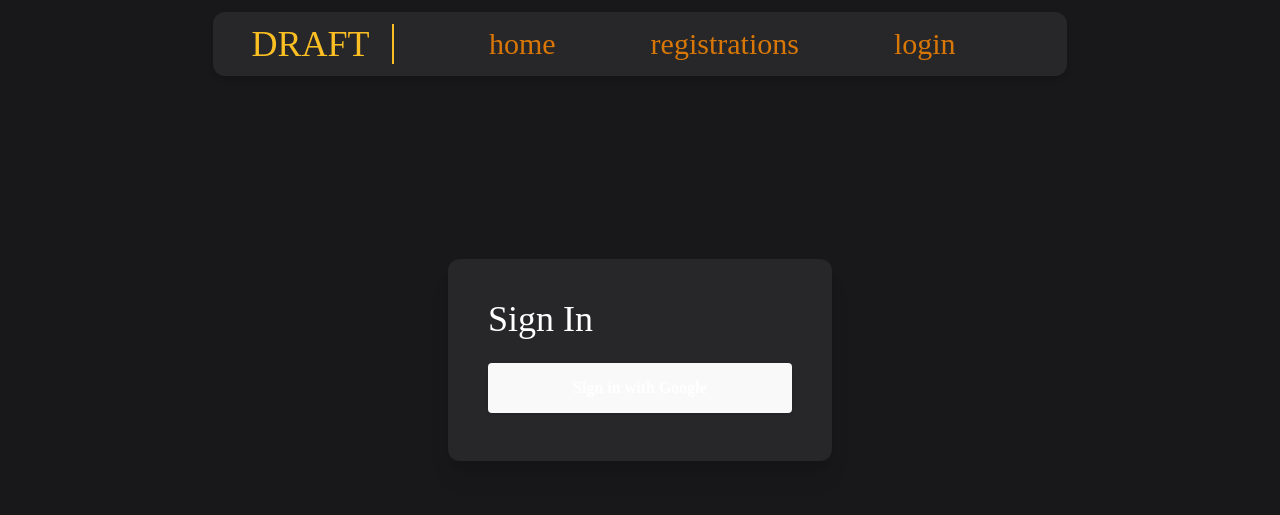
Repository: MehediMim/LeagueCrafter--Online-Auction-Platform-Project
Page: /login (app in my-app/)
These files come from the project's save history. The page is drawn as it stood at one moment and after the next save; the edit follows.
The browser window is 1280 px wide. The pictures show the whole page.
Some web fonts or font styles are not loaded; a fallback is used. The project was rebuilt for these pictures with package versions that can differ from the ones it lists, and the page was loaded fresh each time. Also part of the build but not shown: my-app/vite.config.js, my-app/src/pages/Home.jsx, my-app/src/pages/Dashboard.jsx.

Above is the page before, as saved 2025-05-24 23:57:57.

### my-app/src/index.css
@import url('https://fonts.googleapis.com/css2?family=Bebas+Neue&display=swap');
@import url('https://fonts.googleapis.com/css2?family=Raleway:wght@400;700&display=swap');
@import url('https://fonts.googleapis.com/css2?family=Jaro&display=swap');
@import url('https://fonts.googleapis.com/css2?family=WDXL+Lubrifont+TC&display=swap');


@tailwind base;
@tailwind components;
@tailwind utilities;



:root {
  font-family: system-ui, Avenir, Helvetica, Arial, sans-serif;
  line-height: 1.5;
  font-weight: 400;

  color-scheme: light dark;
  color: rgba(255, 255, 255, 0.87);
  background-color: #242424;

  font-synthesis: none;
  text-rendering: optimizeLegibility;
  -webkit-font-smoothing: antialiased;
  -moz-osx-font-smoothing: grayscale;
}

a {
  font-weight: 500;
  color: #646cff;
  text-decoration: inherit;
}
a:hover {
  color: #535bf2;
}

body {
  margin: 0;
  display: flex;
  place-items: center;
  min-width: 320px;
  min-height: 100vh;
}

h1 {
  font-size: 3.2em;
  line-height: 1.1;
}

button {
  border-radius: 8px;
  border: 1px solid transparent;
  padding: 0.6em 1.2em;
  font-size: 1em;
  font-weight: 500;
  font-family: inherit;
  background-color: #1a1a1a;
  cursor: pointer;
  transition: border-color 0.25s;
}
button:hover {
  border-color: #646cff;
}
button:focus,
button:focus-visible {
  outline: 4px auto -webkit-focus-ring-color;
}

@media (prefers-color-scheme: light) {
  :root {
    color: #213547;
    background-color: #ffffff;
  }
  a:hover {
    color: #747bff;
  }
  button {
    background-color: #f9f9f9;
  }
}

### my-app/src/App.jsx
import { BrowserRouter, Routes, Route } from "react-router-dom";
import Navbar from "./components/Navbar";
import Home from "./pages/Home";
import Dashboard from "./pages/Dashboard";
import Login from "./pages/Login";


export default function App() {
  return (
    <BrowserRouter>
      <Navbar />
      <Routes>
        <Route path="/" element={<Home />} />
        <Route path="/dashboard" element={<Dashboard />} />
        <Route path="/login" element={<Login />} />
        {/* <Route path="/auction" element={<AuctionRoom />} /> */}
        {/* <Route path="*" element={<NotFound />} /> */}
      </Routes>
    </BrowserRouter>
  );
}

### my-app/src/components/Navbar.jsx
import { Link } from "react-router-dom";

export default function Navbar(params) {
  return (
    <div className="h-16 w-screen absolute top-3 z-50 flex justify-center">
      <div className="bg-zinc-800 shadow-md p-4 rounded-xl w-2/3 flex items-center">
        {/* <div className="w-auto h-auto rounded-xl m-4 flex p-4"> */}
          <div className="w-1/4 border-r-2 border-amber-400 flex justify-center">
            <Link><h1 className="font-jaro text-4xl text-amber-400 hover:text-white">DRAFT</h1></Link>
          </div>
          <div className="w-full flex justify-evenly   items-center">
            <Link to="/" className="text-amber-600 hover:text-white"><h1 className="text-3xl font-jaro">home</h1></Link>
            <Link className="text-amber-600 hover:text-white"><h1 className="text-3xl font-jaro">registrations</h1></Link>
            <Link to="/login" className="text-amber-600 hover:text-white"><h1 className="text-3xl  font-jaro">login</h1></Link>
          </div>
        {/* </div> */}
      </div>
    </div>
  )
};

### my-app/src/pages/Login.jsx
import React, { useEffect } from 'react';
import { useAuth0 } from '@auth0/auth0-react';

export default function Login() {
  const { loginWithRedirect, getAccessTokenSilently, isAuthenticated } = useAuth0();

  useEffect(() => {
    const fetchData = async () => {
      try {
        const token = await getAccessTokenSilently();
        const res = await fetch('http://localhost:5000/api/private', {
          headers: {
            Authorization: `Bearer ${token}`,
          },
        });
        const data = await res.json();
        console.log('Backend response:', data);
      } catch (err) {
        console.error("Auth or fetch error:", err);
      }
    };

    if (isAuthenticated) {
      fetchData();
    }
  }, [isAuthenticated, getAccessTokenSilently]);

  return (
    <div className="flex justify-center items-center h-screen w-screen bg-zinc-900">
      <div className="p-10 rounded-xl w-96 font-kanit text-center flex flex-col items-start bg-zinc-800 shadow-xl">
        <h1 className="text-4xl font-jaro text-white mb-6">Sign In</h1>

        <button
          onClick={() => loginWithRedirect()}
          className="flex items-center gap-4 justify-center text-white font-jaro px-6 py-3 rounded shadow hover:bg-white hover:text-black w-full font-semibold mb-2 "
        >
          Sign in with Google
        </button>
      </div>
    </div>
  );
}

### my-app/tailwind.config.js
/** @type {import('tailwindcss').Config} */
export default {
  content: [
    "./index.html",
    "./src/**/*.{js,ts,jsx,tsx}",
  ],
  theme: {
    extend: {
      fontFamily: {
        bebas: ['"Bebas Neue"', 'cursive'],
        raleway: ['Raleway', 'sans-serif'],
        jaro: ['Jaro', 'cursive'],
        lubrifont: ['Lubrifont', 'sans-serif'],
      },
    },
  },
  plugins: [],
}

Loaded but not shown: my-app/index.html (common file); my-app/src/main.jsx (common file)

After the next save:
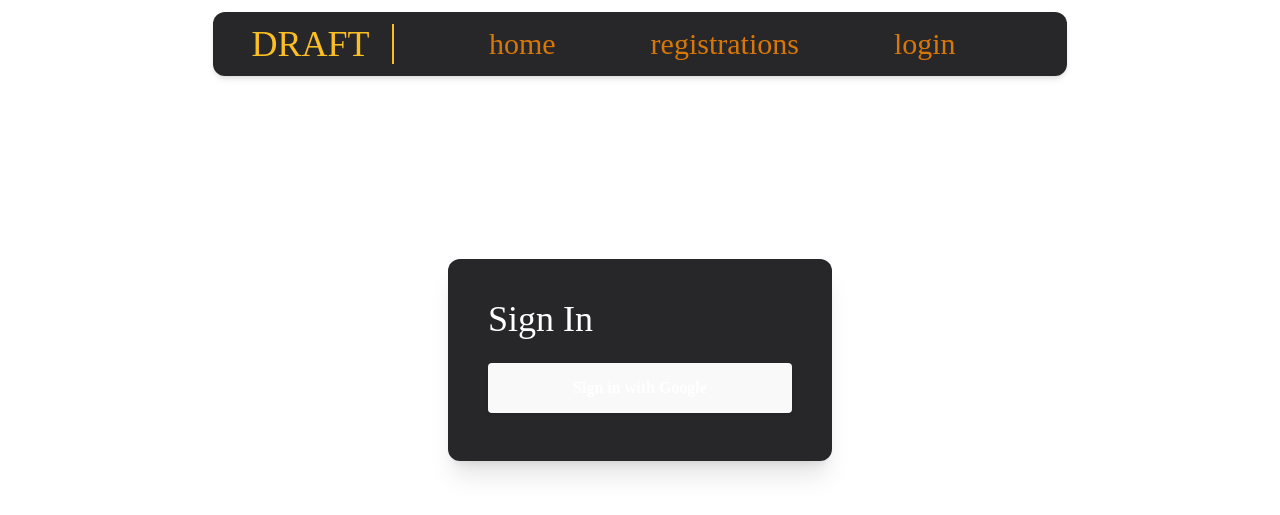
Saved 10 s later.
--- a/my-app/src/pages/Login.jsx
+++ b/my-app/src/pages/Login.jsx
@@ -26,7 +26,7 @@ export default function Login() {
   }, [isAuthenticated, getAccessTokenSilently]);
 
   return (
-    <div className="flex justify-center items-center h-screen w-screen bg-zinc-900">
+    <div className="flex justify-center items-center h-screen w-screen ">
       <div className="p-10 rounded-xl w-96 font-kanit text-center flex flex-col items-start bg-zinc-800 shadow-xl">
         <h1 className="text-4xl font-jaro text-white mb-6">Sign In</h1>
 
